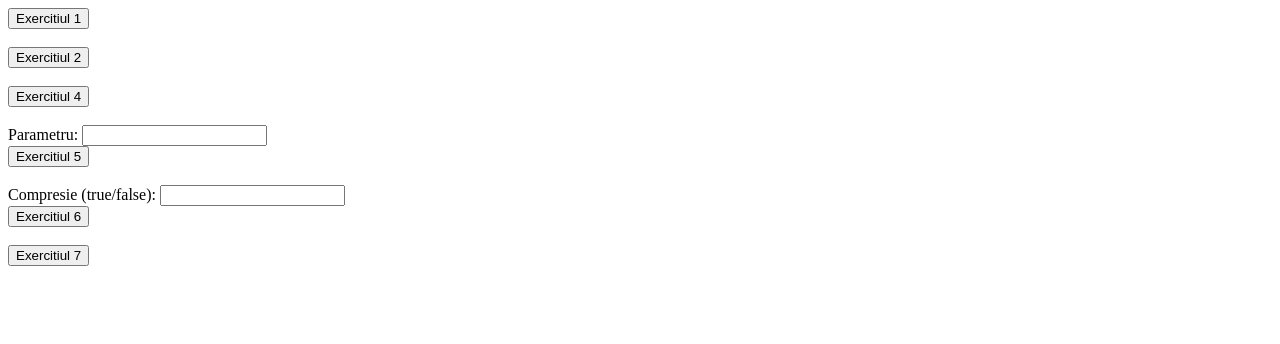
Repository: vladutbutnaru/DentalClinicManagementTool
Page: Laborator/WebContent/index.html
These files come from the project's save history. The page is drawn as it stood at one moment and after the next save; the edit follows.
The browser window is 1280 px wide. The pictures show the whole page.

Above is the page before, as saved 2016-10-13 13:21:34.

After the next save:
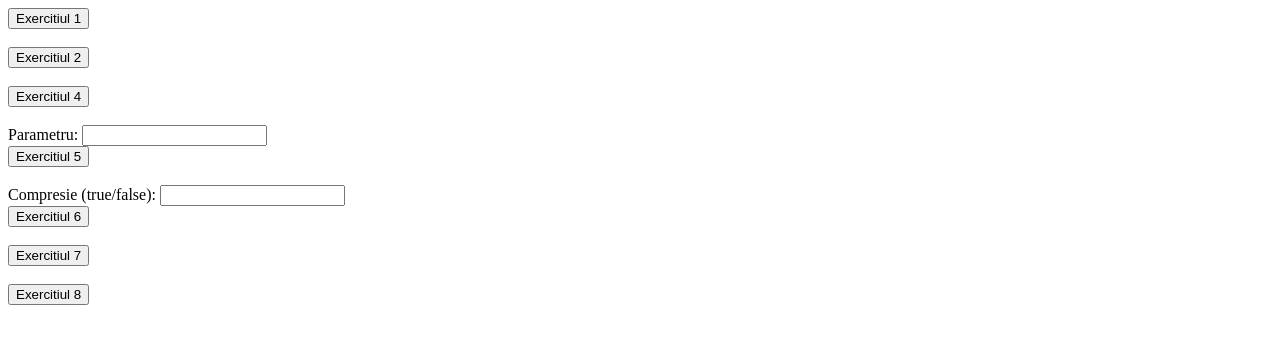
Saved 19 s later.
--- a/Laborator/WebContent/index.html
+++ b/Laborator/WebContent/index.html
@@ -31,5 +31,10 @@ Compresie (true/false): <input type="text"  name = "parameter" id= "parameter"/>
  <input type="hidden" name="page" value="index" />
 <input type="submit" value="Exercitiul 7"/>
 </form>
+<br/>
+<form action="Exercise8Servlet" method="GET">
+ <input type="hidden" name="page" value="index" />
+<input type="submit" value="Exercitiul 8"/>
+</form>
 </body>
 </html>
